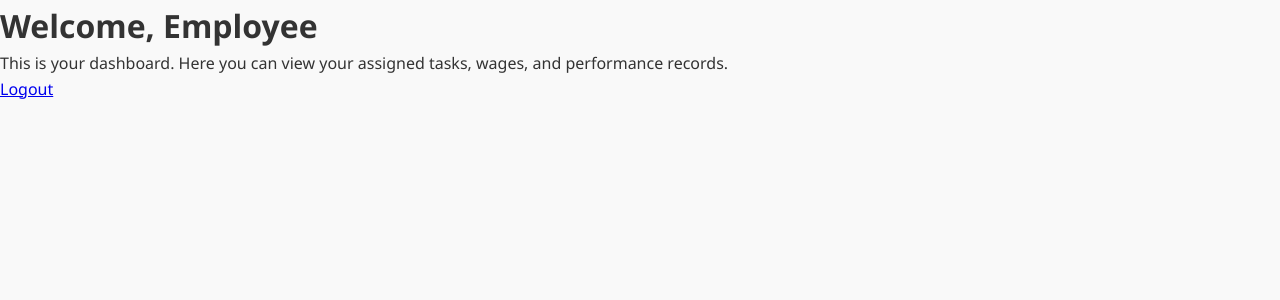
Repository: Ndegwa2/sacco
Page: Client/dashboard_employee.html
The author's editor kept a copy of each file at every save. The page is drawn from the files as they stood at one save, then again after the next save.
The browser window is 1280 px wide. The pictures show the whole page.

Above is the page before, as saved 2025-06-10 22:47:18.

### Client/dashboard_employee.html
<!DOCTYPE html>
<html lang="en">
<head>
  <meta charset="UTF-8" />
  <meta name="viewport" content="width=device-width, initial-scale=1.0"/>
  <title>Employee Dashboard - NaiSmart</title>
  <link rel="stylesheet" href="/styles.css" />
</head>
<body>
  <div class="dashboard-container">
    <h1>Welcome, Employee</h1>
    <p>This is your dashboard. Here you can view your assigned tasks, wages, and performance records.</p>
    <a href="/logout">Logout</a>
  </div>
</body>
</html>

### styles.css
/* General reset and font */
* {
  margin: 0;
  padding: 0;
  box-sizing: border-box;
  font-family: 'Segoe UI', Tahoma, Geneva, Verdana, sans-serif;
}

body {
  background-color: #f9f9f9;
  color: #333;
  line-height: 1.6;
}
.about-us {
  padding: 4rem 2rem;
  background-color: #ffffff;
  color: #333;
  text-align: center;
}

.about-container {
  max-width: 900px;
  margin: 0 auto;
}

.about-us h3 {
  font-size: 2rem;
  color: #004d40;
  margin-bottom: 1.5rem;
}

.about-us p {
  font-size: 1.1rem;
  line-height: 1.7;
  margin-bottom: 1rem;
}

/* Navbar */
header {
  background-color: #004d40;
  padding: 1rem 2rem;
  color: white;
}

nav {
  display: flex;
  justify-content: space-between;
  align-items: center;
}

nav .logo {
  font-size: 1.8rem;
  font-weight: bold;
}

nav ul {
  list-style: none;
  display: flex;
  gap: 1.5rem;
}

nav ul li a {
  color: white;
  text-decoration: none;
  font-weight: 500;
}

nav ul li a:hover {
  text-decoration: underline;
}

/* Hero section */
.hero {
  background: url('https://img.freepik.com/free-photo/male-bus-driver-portrait_23-2151582626.jpg?ga=GA1.1.1362746214.1749109585&semt=ais_items_boosted&w=740') no-repeat center center/cover;
  color: white;
  text-align: center;
  padding: 6rem 2rem;
}

.hero h2 {
  font-size: 2.5rem;
  margin-bottom: 1rem;
}

.hero p {
  font-size: 1.2rem;
  max-width: 600px;
  margin: 0 auto 2rem auto;
}

.btn {
  display: inline-block;
  background-color: #00bfa5;
  color: white;
  padding: 0.8rem 1.5rem;
  border-radius: 5px;
  text-decoration: none;
  font-weight: bold;
}

.btn:hover {
  background-color: #008e76;
}
/*logo styling*/
.logo img {
  height: 50px;
  object-fit: contain;
}
/*slogan bar*/
.slogan-bar {
  background-color: #00bfa5;
  color: white;
  text-align: center;
  padding: 1.2rem;
  font-size: 1.1rem;
  font-weight: 500;
  letter-spacing: 0.5px;
  box-shadow: 0 2px 5px rgba(0, 0, 0, 0.1);
}

/* Services Section */
.services {
  padding: 4rem 2rem;
  text-align: center;
  background-color: #fff;
}

.services h3 {
  font-size: 2rem;
  margin-bottom: 2rem;
  color: #004d40;
}

.service-grid {
  display: grid;
  grid-template-columns: repeat(auto-fit, minmax(250px, 1fr));
  gap: 2rem;
}

.service-grid div {
  background-color: #e0f2f1;
  padding: 2rem;
  border-radius: 10px;
  box-shadow: 0 2px 5px rgba(0,0,0,0.05);
}

.service-grid h4 {
  color: #00695c;
  margin-bottom: 0.8rem;
}

/* Footer */
footer {
  text-align: center;
  background-color: #004d40;
  color: white;
  padding: 1rem;
  margin-top: 2rem;
}
/* Admin Header */
.admin-header {
  background-color: #00695c;
  color: white;
  padding: 1rem 2rem;
  display: flex;
  justify-content: space-between;
  align-items: center;
  position: fixed;
  width: 100%;
  top: 0;
  left: 0;
  z-index: 1000;
}

/* Admin Profile */
.admin-profile span {
  margin-right: 1rem;
  font-weight: bold;
}

/* Sidebar Navigation */
.admin-sidebar {
  background-color: #00695c;
  padding-top: 60px;
  height: 100vh;
  width: 200px;
  position: fixed;
  top: 0;
  left: 0;
  overflow-y: auto;
}

.admin-sidebar ul {
  list-style: none;
  padding: 0;
  margin: 0;
}

.admin-sidebar ul li a {
  display: block;
  padding: 1rem;
  color: white;
  text-decoration: none;
  transition: background-color 0.3s;
}

.admin-sidebar ul li a:hover,
.admin-sidebar ul li a.active {
  background-color: #004d40;
  font-weight: bold;
}

/* Main Content */
.admin-main {
  margin-left: 220px;
  margin-top: 80px;
  padding: 2rem;
  background-color: #f9f9f9;
  min-height: 100vh;
}

/* Section Styling */
.admin-section {
  background: #fff;
  padding: 2rem;
  border-radius: 10px;
  box-shadow: 0 0 10px rgba(0,0,0,0.05);
}

/* Add Button */
.add-btn {
  background-color: #00bfa5;
  color: white;
  padding: 0.6rem 1.2rem;
  border: none;
  border-radius: 6px;
  cursor: pointer;
  margin-bottom: 1rem;
}

/* Form Styling */
form#addFleetForm {
  background: #f1f8f6;
  padding: 1.5rem;
  border-radius: 8px;
  margin-bottom: 2rem;
  display: flex;
  flex-direction: column;
  gap: 1rem;
}

form input,
form select {
  padding: 0.7rem;
  border: 1px solid #ccc;
  border-radius: 4px;
  font-size: 1rem;
}

/* Table Styling */
.route-table {
  width: 100%;
  border-collapse: collapse;
  background-color: white;
  border-radius: 10px;
  overflow: hidden;
}

.route-table th,
.route-table td {
  padding: 1rem;
  text-align: left;
  border-bottom: 1px solid #ddd;
}

.route-table th {
  background-color: #004d40;
  color: white;
}

/* Status Badges */
.badge.active {
  background-color: #00bfa5;
  color: white;
  padding: 0.3rem 0.7rem;
  border-radius: 20px;
}

.badge.inactive {
  background-color: #ef5350;
  color: white;
  padding: 0.3rem 0.7rem;
  border-radius: 20px;
}

/* Action Buttons */
.edit-btn, .delete-btn {
  padding: 0.4rem 0.8rem;
  border: none;
  border-radius: 5px;
  cursor: pointer;
  margin-right: 0.5rem;
}

.edit-btn {
  background-color: #42a5f5;
  color: white;
}
/* Sacco Members Sidebar */
.sacco-members-sidebar {
  width: 200px;
  background-color: #004d40;
  color: white;
  padding: 1rem;
}

.sacco-members-sidebar ul {
  list-style: none;
  padding: 0;
}

.sacco-members-sidebar li {
  margin-bottom: 0.5rem;
}

.sacco-members-sidebar a {
  color: white;
  text-decoration: none;
}

.delete-btn {
  background-color: #ef5350;
  color: white;
}

/* Routes Section Styling */
.routes-section {
  padding: 2rem;
  text-align: center;
}

.routes-section h2 {
  font-size: 2rem;
  margin-bottom: 1.5rem;
  color: #004d40;
}

.route-cards {
  display: grid;
  grid-template-columns: repeat(auto-fit, minmax(300px, 1fr));
  gap: 2rem;
}

.route-card {
  background-color: #e0f2f1;
  padding: 1.5rem;
  border-radius: 10px;
  box-shadow: 0 2px 5px rgba(0,0,0,0.1);
}

.route-card h3 {
  color: #00695c;
  margin-bottom: 0.5rem;
}

.route-card p {
  font-size: 1rem;
}

/* Booking Section Styling */
.booking-section {
  padding: 2rem;
  text-align: center;
}

.booking-box {
  width: 500px;
  margin: 0 auto;
  background-color: #f9f9f9;
  padding: 2rem;
  border-radius: 10px;
  box-shadow: 0 2px 5px rgba(0,0,0,0.1);
}

.booking-box h2 {
  font-size: 2rem;
  margin-bottom: 1.5rem;
  color: #004d40;
}

.booking-box label {
  display: block;
  margin-bottom: 0.5rem;
  font-weight: bold;
  color: #333;
}

.booking-box input[type="text"],
.booking-box input[type="date"],
.booking-box input[type="time"],
.booking-box select {
  width: 100%;
  padding: 0.7rem;
  margin-bottom: 1rem;
  border: 1px solid #ccc;
  border-radius: 4px;
  box-sizing: border-box;
}

.booking-box .btn {
  display: block;
  width: 100%;
  padding: 0.8rem 1.5rem;
  background-color: #00bfa5;
  color: white;
  border: none;
  border-radius: 5px;
  cursor: pointer;
  font-weight: bold;
}

.booking-box .btn:hover {
  background-color: #008e76;
}

/* Auth container styling */
.auth-container {
  width: 300px;
  margin: 50px auto;
  padding: 20px;
  background-color: #f9f9f9;
  border: 1px solid #ddd;
  border-radius: 5px;
  text-align: center;
}

.auth-container h2 {
  margin-bottom: 20px;
  color: #333;
}

.auth-container input {
  width: 100%;
  padding: 10px;
  margin-bottom: 15px;
  border: 1px solid #ccc;
  border-radius: 4px;
  box-sizing: border-box;
}

.auth-container button {
  background-color: #007bff;
  color: white;
  padding: 12px 20px;
  border: none;
  border-radius: 5px;
  cursor: pointer;
  width: 100%;
}

.auth-container button:hover {
  background-color: #0056b3;
}

.auth-container p {
  margin-top: 15px;
}

.auth-container a {
  color: #007bff;
}

After the next save:
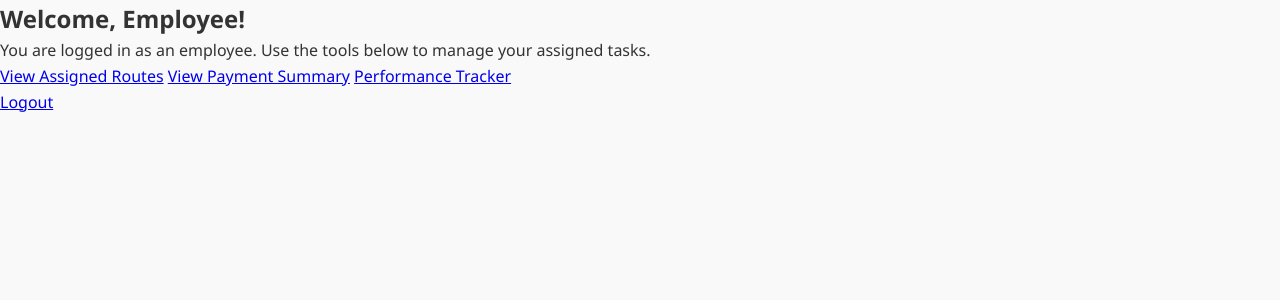
Saved 3 min 27 s later.
--- a/Client/dashboard_employee.html
+++ b/Client/dashboard_employee.html
@@ -1,16 +1,22 @@
 <!DOCTYPE html>
 <html lang="en">
 <head>
-  <meta charset="UTF-8" />
-  <meta name="viewport" content="width=device-width, initial-scale=1.0"/>
-  <title>Employee Dashboard - NaiSmart</title>
-  <link rel="stylesheet" href="/styles.css" />
+  <meta charset="UTF-8">
+  <title>Employee Dashboard | NaiSmart</title>
+  <link rel="stylesheet" href="/styles.css">
 </head>
 <body>
   <div class="dashboard-container">
-    <h1>Welcome, Employee</h1>
-    <p>This is your dashboard. Here you can view your assigned tasks, wages, and performance records.</p>
-    <a href="/logout">Logout</a>
+    <h2>Welcome, Employee!</h2>
+    <p>You are logged in as an employee. Use the tools below to manage your assigned tasks.</p>
+
+    <div class="dashboard-actions">
+      <a href="#" class="dashboard-btn">View Assigned Routes</a>
+      <a href="#" class="dashboard-btn">View Payment Summary</a>
+      <a href="#" class="dashboard-btn">Performance Tracker</a>
+    </div>
+
+    <a href="/logout" class="logout-link">Logout</a>
   </div>
 </body>
 </html>
